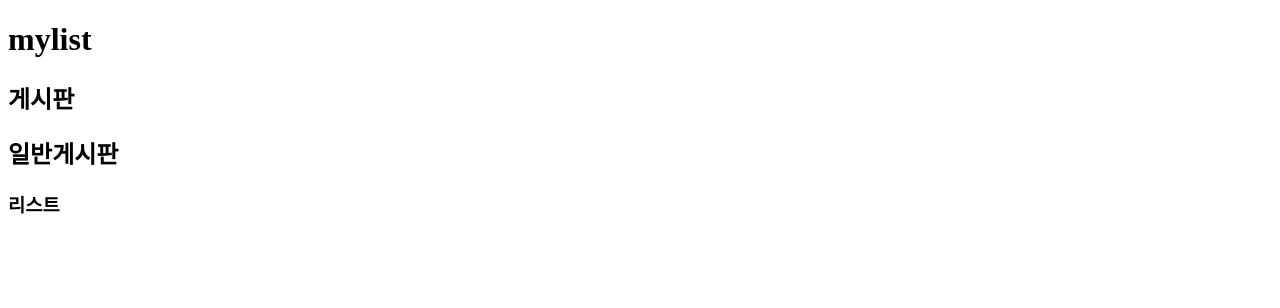
Repository: jeemaru/htme_01
Page: css_02/ex_04.html
These files come from the project's save history. The page is drawn as it stood at one moment and after the next save; the edit follows.
The browser window is 1280 px wide. The pictures show the whole page.

Above is the page before, as saved 2022-04-07 03:01:15.

After the next save:
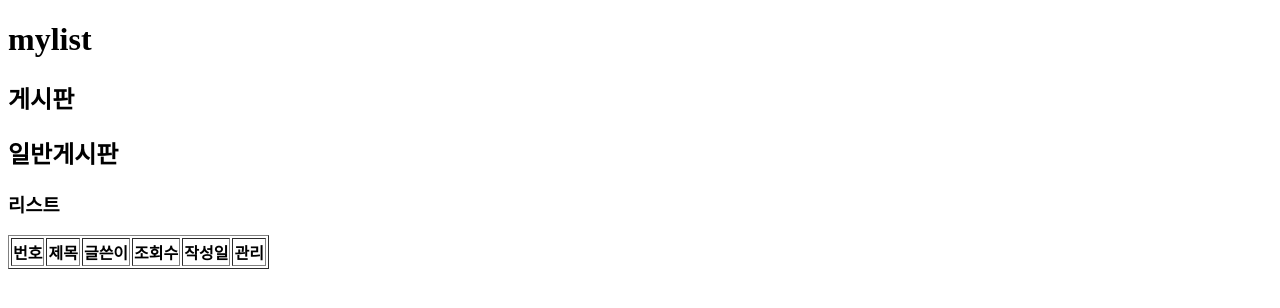
Saved 2 min 43 s later.
--- a/css_02/ex_04.html
+++ b/css_02/ex_04.html
@@ -17,6 +17,22 @@
 		<h2>일반게시판</h2>
 		<h3>리스트</h3>
 
+		<table border="1">
+			<thead>
+				<tr>
+					<th>번호</th>
+					<th>제목</th>
+					<th>글쓴이</th>
+					<th>조회수</th>
+					<th>작성일</th>
+					<th>관리</th>
+				</tr>
+			</thead>
+			<tbody>
+
+			</tbody>
+		</table>
+
 
     </body>
 
